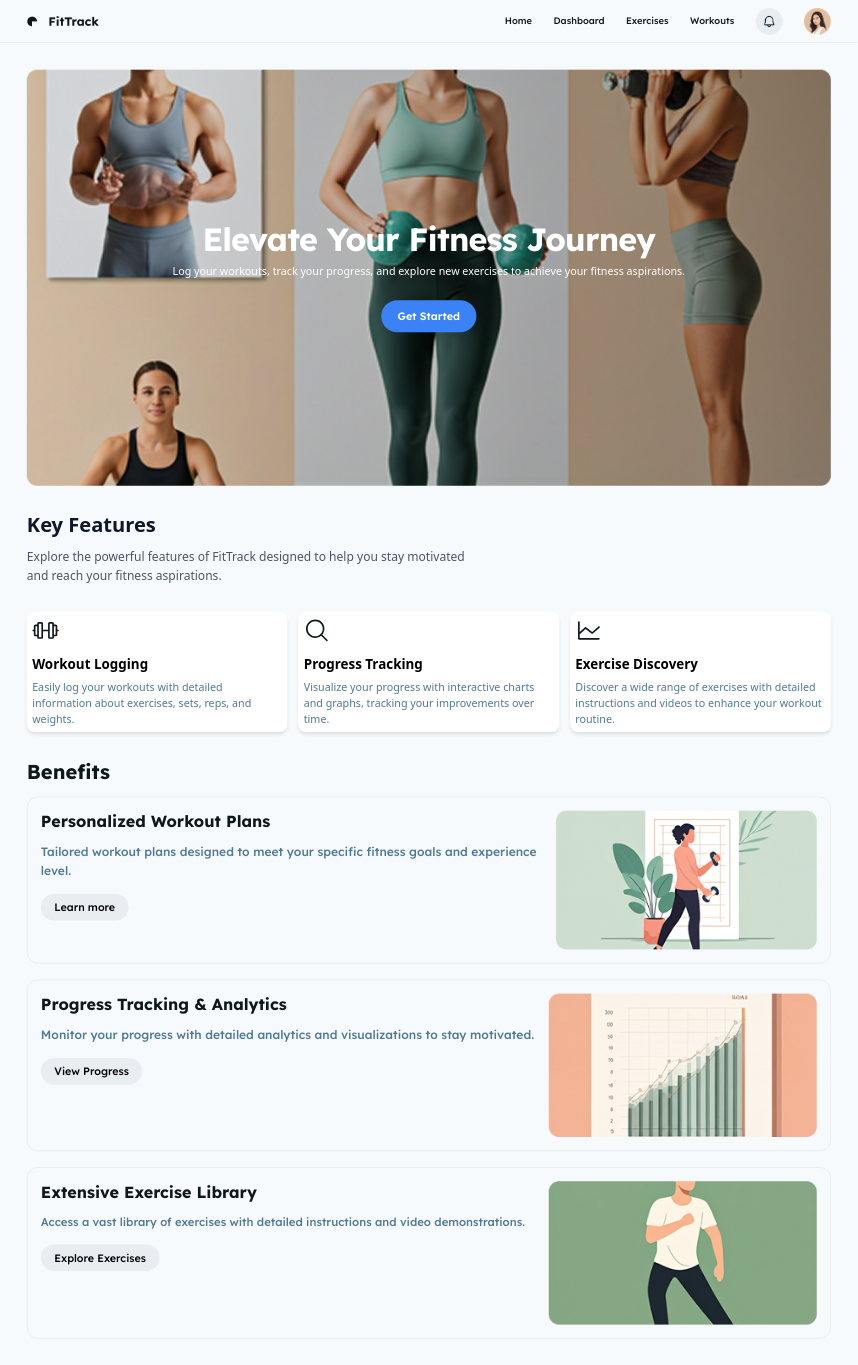
Repository: Emy-gold/fitness-tracking-platform
Page: /
An editor plug-in stored every save of this project. The page is shown before and after the next save, followed by the edit.
The browser window is 1280 px wide. The pictures show the whole page, at 67% of full size.
The project was rebuilt for these pictures with package versions that can differ from the ones it lists, and the page was loaded fresh each time. Also part of the build but not shown: vite.config.js, src/Pages/Dashboard.jsx, src/Pages/Exercises.jsx, src/Pages/Workouts.jsx, src/components/Footer.jsx.

Above is the page before, as saved 2025-08-28 00:45:43.

### index.html
<!doctype html>
<html lang="en">

<head>
  <meta charset="UTF-8" />
  <link rel="icon" type="image/svg+xml" href="/vite.svg" />
  <meta name="viewport" content="width=device-width, initial-scale=1.0" />
  <link href="https://fonts.googleapis.com/css2?family=Lexend:wght@300;400;500;600;700&display=swap" rel="stylesheet">
  <title>Vite + React</title>
</head>

<body>
  <div id="root"></div>
  <script type="module" src="/src/main.jsx"></script>
</body>

</html>

### src/index.css
@tailwind base;
@tailwind components;
@tailwind utilities;

body{
    padding: 0;
    margin: 0;
    background-color: #F7FAFC;
}

### src/App.jsx
import './App.css';
import { BrowserRouter as Router, Routes, Route } from 'react-router-dom';
import Home from './Pages/Home';
import Dashboard from './Pages/Dashboard.jsx';
import Exercises from './Pages/Exercises.jsx';
import Workouts from './Pages/Workouts.jsx';
import Header from './components/Header.jsx';
import Footer from './components/Footer';


function App() {

  return (
    <>

      <Router>
        <Header />
        <Routes>
          <Route path="/" element={<Home />} />
          <Route path="/dashboard" element={<Dashboard />} />
          <Route path="/exercises" element={<Exercises />} />
          <Route path="/workouts" element={<Workouts />} />
        </Routes>
      </Router>
    </>
  )
}

export default App

### src/App.css
#root {
    margin: 0 ;
    padding: 0;
    text-align: center;

}

.logo {
    height: 6em;
    padding: 1.5em;
    will-change: filter;
    transition: filter 300ms;
}
.logo:hover {
    filter: drop-shadow(0 0 2em #646cffaa);
}
.logo.react:hover {
    filter: drop-shadow(0 0 2em #61dafbaa);
}

@keyframes logo-spin {
    from {
    transform: rotate(0deg);
    }
    to {
    transform: rotate(360deg);
    }
}

@media (prefers-reduced-motion: no-preference) {
    a:nth-of-type(2) .logo {
    animation: logo-spin infinite 20s linear;
    }
}

.card {
    padding: 2em;
}

.read-the-docs {
    color: #888;
}

### src/Pages/Home.jsx
import React from 'react';
import Header from '../components/Header';
import { useState, useEffect } from 'react';
import cardsData from "../cardsData.json";
import homepic from "../assets/home.png";
import img1 from "../assets/img1.png";
import img2 from "../assets/img2.png";
import img3 from "../assets/img3.png";

function Home() {

    const [cards, setCards] = useState([]);

    useEffect(() => {
        setCards(cardsData)
    })

    return (
        <>
            <main className='flex flex-col justify-center items-center mx-auto'>
                <section className='my-10 relative flex justify-center'>
                    <img src={homepic} className="mb:w-[980px] lg:w-[1200px]" />
                    <div className="absolute inset-0 flex flex-col justify-center text-center text-white">
                        <h1 className='lg:text-5xl font-lexend font-bold mb-3 tracking-tight text-base'>Elevate Your Fitness Journey</h1>
                        <p className=''>Log your workouts, track your progress, and explore new exercises to achieve your fitness aspirations.</p>
                        <button type="submit" className='mt-8 mx-auto bg-blue-500 py-[12px] px-6 font-lexend font-semibold rounded-3xl hover:bg-blue-600 transition duration-300'>Get Started</button>
                    </div>
                </section >

                <section className='flex flex-col items-start mb-10 mb:w-[980px] lg:w-[1200px]'>
                    <div className='flex flex-col items-start text-left'>
                        <h2 className='text-3xl font-bold mb-4 text-slate-900'>Key Features</h2>
                        <p className='text-lg text-gray-600 max-w-2xl'>Explore the powerful features of FitTrack designed to help you stay motivated and reach your fitness aspirations.</p>
                    </div>
                    <div className='flex flex-row gap-4 mt-10 text-left mb:w-[980px] lg:w-[1200px]'> {/* Removed justify-center */}
                        {cards.map(card => (
                            <div key={card.id} className='md:w-[312px] lg:w-[400px] bg-white rounded-xl shadow-md p-2 hover:scale-105 duration-300'>
                                <img src={card.image} className='mb-4 h-10 w-10 object-contain' />
                                <h3 className='text-xl font-semibold mb-2'>{card.title}</h3>
                                <p className='text-paragraphColor '>{card.summary}</p>
                            </div>
                        ))}
                    </div>
                </section>
                <section className='flex flex-col items-start mb-10 gap-5 justify-center mx-72 max-w-full font-lexend'>
                    <h2 className='text-3xl font-bold text-textColor'>Benefits</h2>
                    <div className='flex flex-wrap gap-6 lg:w-[1200px]'>
                        <div className='flex justify-between p-5 border rounded-2xl lg:w-[1200px] '>
                            <div className='flex flex-col items-start text-left'>
                                <h3 className='text-2xl font-bold mb-4 text-textColor'>Personalized Workout Plans</h3>
                                <p className='text-lg text-paragraphColor font-medium'>Tailored workout plans designed to meet your specific fitness goals and experience level.</p>
                                <button className='bg-buttonColor px-5 py-2 rounded-3xl mt-5 font-medium hover:bg-gray-300 hover:scale-105 duration-300'>Learn more</button>
                            </div>
                            <img src={img1} className='lg:w-[400px]' />
                        </div>
                        <div className='flex justify-between p-5 border rounded-2xl lg:w-[1200px]'>
                            <div className='flex flex-col items-start text-left'>
                                <h3 className='text-2xl font-bold mb-4 text-textColor'>Progress Tracking & Analytics</h3>
                                <p className='text-lg text-paragraphColor font-medium'>Monitor your progress with detailed analytics and visualizations to stay motivated.</p>
                                <button className='bg-buttonColor px-5 py-2 rounded-3xl mt-5 font-medium hover:bg-gray-300 hover:scale-105 duration-300'>View Progress</button>
                            </div>
                            <img src={img2} className='lg:w-[400px]' />
                        </div>
                        <div className='flex justify-between p-5 border rounded-2xl lg:w-[1200px]'>
                            <div className='flex flex-col items-start text-left'>
                                <h3 className='text-2xl font-bold mb-4 text-textColor'>Extensive Exercise Library</h3>
                                <p className='text-[17px] text-paragraphColor font-medium'>Access a vast library of exercises with detailed instructions and video demonstrations.</p>
                                <button className='bg-buttonColor px-5 py-2 rounded-3xl mt-5 font-medium hover:bg-gray-300 hover:scale-105 duration-300'>Explore Exercises</button>
                            </div>
                            <img src={img3} className='lg:w-[400px]' />
                        </div>
                    </div>
                </section>
            </main >
        </>

    )
}

export default Home

### src/components/Header.jsx
import React from 'react';
import { Link } from 'react-router-dom';
import logo from "../assets/logo.png";
import icon from "../assets/notifeicon.png";
import profilePic from "../assets/profilepic.png";

function Header() {
    return (
        <>
            <header className='bg-primary border-b border-gray-300/50 sticky w-full h-16 top-0 z-50 px-10'>
                <div className="flex relative justify-between items-center h-full">
                    <Link to="/" className='flex items-center'>
                        <img
                            src={logo}
                            alt="logo"
                            className='hover:opacity-20 transition-opacity duration-300'
                        />
                    </Link>

                    <nav className='flex gap-8 items-center ml-auto'>
                        <Link to="/" className='font-lexend font-medium text-sm text-textColor hover:scale-105 leading-[21px]'>Home</Link>
                        <Link to="/dashboard" className='font-lexend font-medium text-sm text-textColor hover:scale-105 leading-[21px]'>Dashboard</Link>
                        <Link to="/exercises" className='font-lexend font-medium text-sm text-textColor hover:scale-105 leading-[21px]'>Exercises</Link>
                        <Link to="/workouts" className='font-lexend font-medium text-sm text-textColor hover:scale-105 leading-[21px]'>Workouts</Link>
                        <img src={icon} className='hover:scale-105 duration-200' />
                        <img src={profilePic} className='h-10 w-10 hover:scale-105 duration-200' />
                    </nav>

                    <div></div>
                </div>
            </header>
        </>
    )
}

export default Header;

### src/cardsData.json
[
    {
        "id": 1,
        "title": "Workout Logging",
        "summary": "Easily log your workouts with detailed information about exercises, sets, reps, and weights.",
        "image": "src/assets/icon1.svg"
    },
    {
        "id": 2,
        "title": "Progress Tracking",
        "summary": "Visualize your progress with interactive charts and graphs, tracking your improvements over time.",
        "image": "src/assets/icon2.svg"
    },
    {
        "id": 3,
        "title": "Exercise Discovery",
        "summary": "Discover a wide range of exercises with detailed instructions and videos to enhance your workout routine.",
        "image": "src/assets/icon3.svg"
    }
]

### tailwind.config.js

/** @type {import('tailwindcss').Config} */
export default {
  content: [
    "./index.html",
    "./src/**/*.{js,ts,jsx,tsx}",
  ],
  theme: {
    extend: {
      fontFamily: {
        lexend: ['Lexend', 'sans-serif'],
      },
      colors: {
        primary: "#F7FAFC",
        textColor: "#0D171C",
        paragraphColor: "#4F7A96",
        buttonColor: "#E8EDF2"
      }
    },
  },
  plugins: [],
}

Loaded but not shown: src/main.jsx (common file)

After the next save:
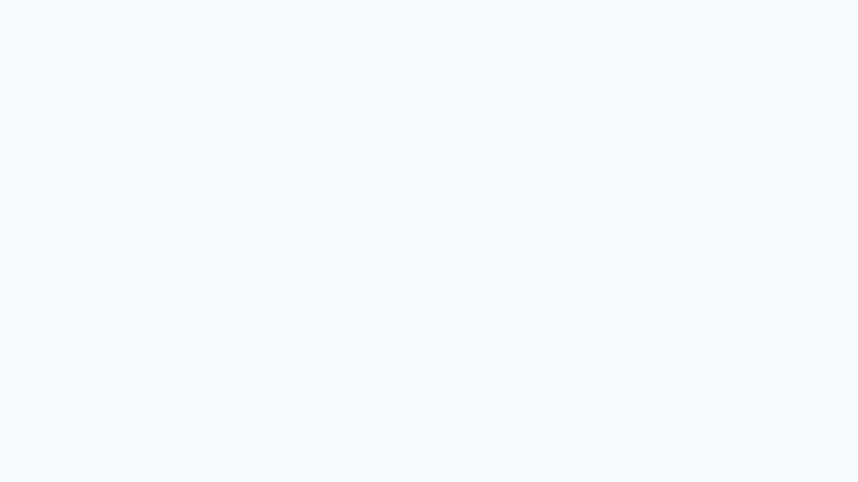
Console error: ReferenceError: img1 is not defined
Saved 11 s later.
--- a/src/Pages/Home.jsx
+++ b/src/Pages/Home.jsx
@@ -3,9 +3,7 @@
 import { useState, useEffect } from 'react';
 import cardsData from "../cardsData.json";
 import homepic from "../assets/home.png";
-import img1 from "../assets/img1.png";
-import img2 from "../assets/img2.png";
-import img3 from "../assets/img3.png";
+
 
 function Home() {
 

After the save that followed:
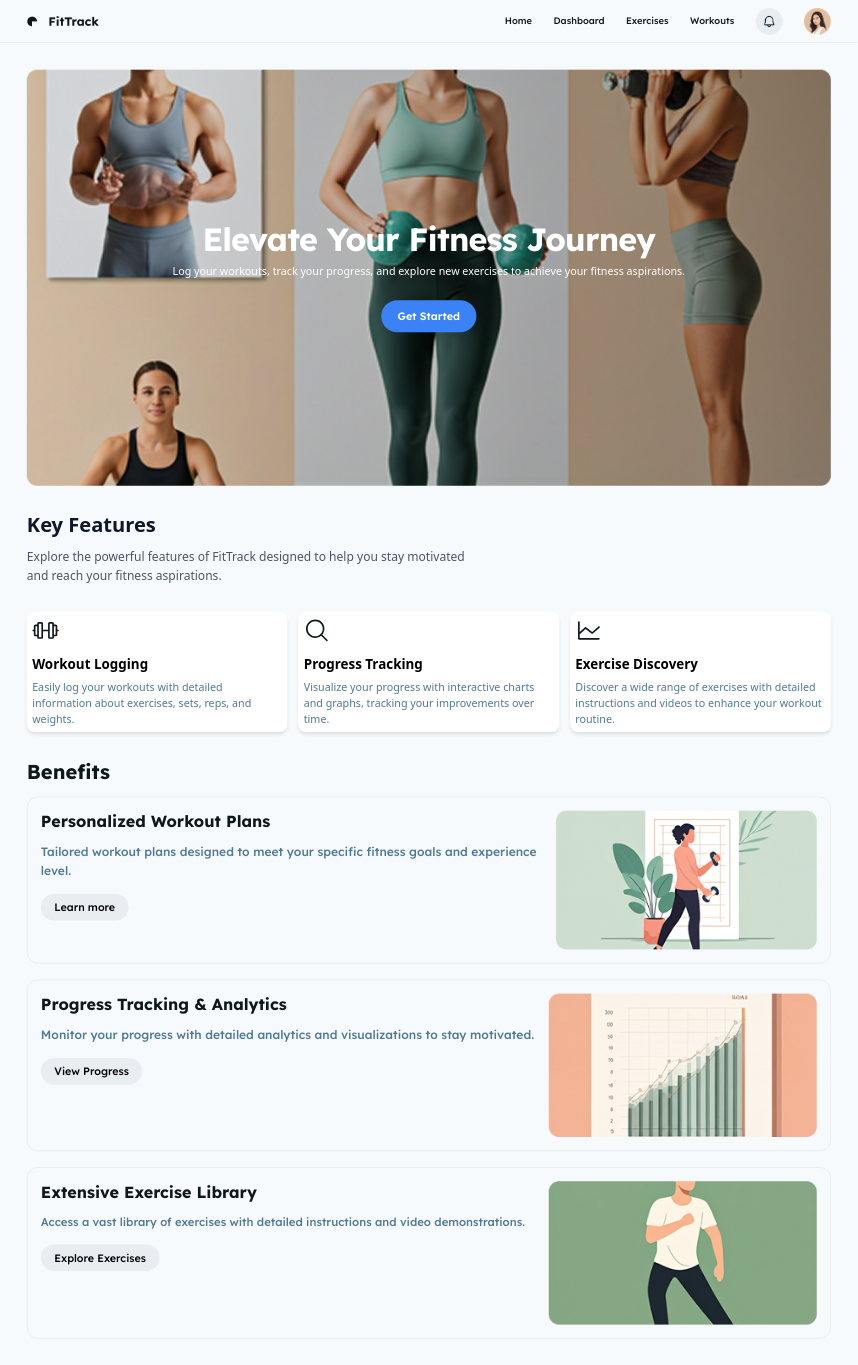
The error is gone.
Saved 17 s later.
--- a/src/Pages/Home.jsx
+++ b/src/Pages/Home.jsx
@@ -3,7 +3,9 @@
 import { useState, useEffect } from 'react';
 import cardsData from "../cardsData.json";
 import homepic from "../assets/home.png";
-
+import img1 from "../assets/img1.png";
+import img2 from "../assets/img2.png";
+import img3 from "../assets/img3.png";
 
 function Home() {
 
